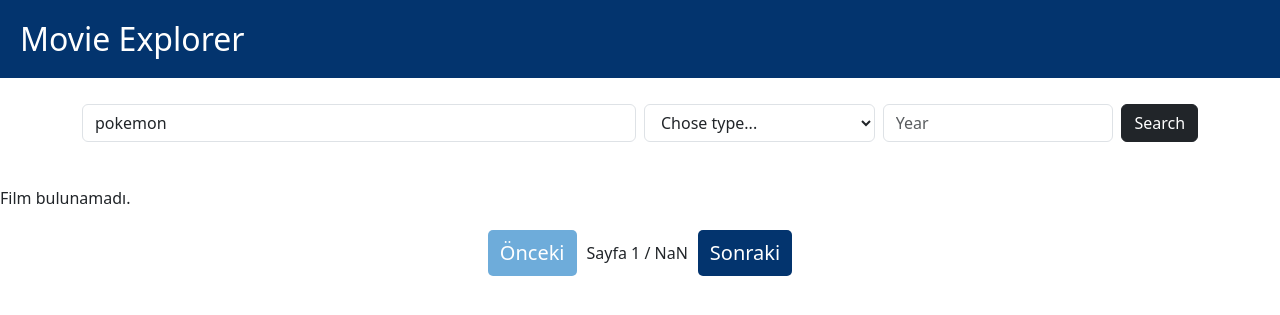
Repository: denizdizi/movie-explorer
Page: /
An editor plug-in stored every save of this project. The page is shown before and after the next save, followed by the edit.
The browser window is 1280 px wide. The pictures show the whole page.
The page's requests for data from a server got no answer. The project was rebuilt for these pictures with package versions that can differ from the ones it lists, and the page was loaded fresh each time. No one was signed in, and anything a server would have sent is missing. Also part of the build but not shown: src/App.css, src/components/MovieCard.js, src/pages/MovieDetail.js.

Above is the page before, as saved 2025-03-29 01:19:56.

After the next save:
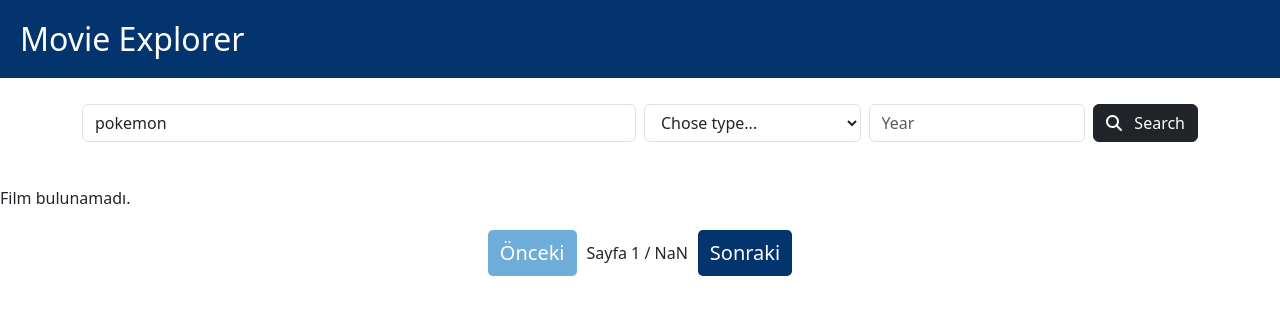
Saved 91 s later.
--- a/src/components/SearchBar.js
+++ b/src/components/SearchBar.js
@@ -1,7 +1,9 @@
 import React, { useState } from "react";
 import { fetchMovies } from "../store/actions";
 import { useDispatch, useSelector } from "react-redux";
-import { setFormData, setPage } from "../store/actions"; // Redux store'dan formData'yı güncellemek için kullanıyoruz
+import { setFormData, setPage } from "../store/actions";
+import { FontAwesomeIcon } from "@fortawesome/react-fontawesome";
+import { faSearch } from "@fortawesome/free-solid-svg-icons";
 
 const SearchBar = () => {
   const options = [{
@@ -75,7 +77,8 @@ const SearchBar = () => {
             {yearError && <small className="text-danger">{yearError}</small>}
           </div>
           <div className="col-auto">
-            <button type="submit" className="btn btn-dark" disabled={isSubmitDisabled}>Search</button>
+            <button type="submit" className="btn btn-dark" disabled={isSubmitDisabled}>              <FontAwesomeIcon icon={faSearch} className="me-2" /> {/* İkon */}
+            Search</button>
           </div>
         </div>
       </form>
